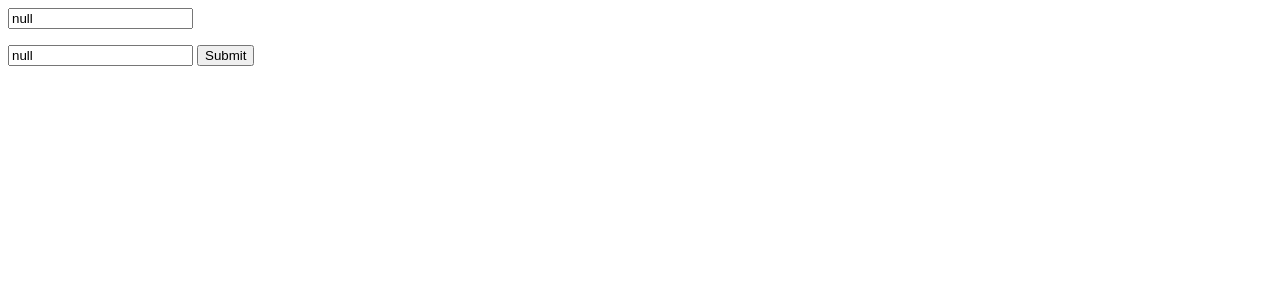
Repository: myoder020/Projects
Page: http://localhost/MVCForm/Controller?action=login
An editor plug-in stored every save of this project. The page is shown before and after the next save, followed by the edit.
The browser window is 1280 px wide. The pictures show the whole page.
The page is served by Tomcat 9.

Above is the page before, as saved 2015-05-06 05:04:33.

After the next save:
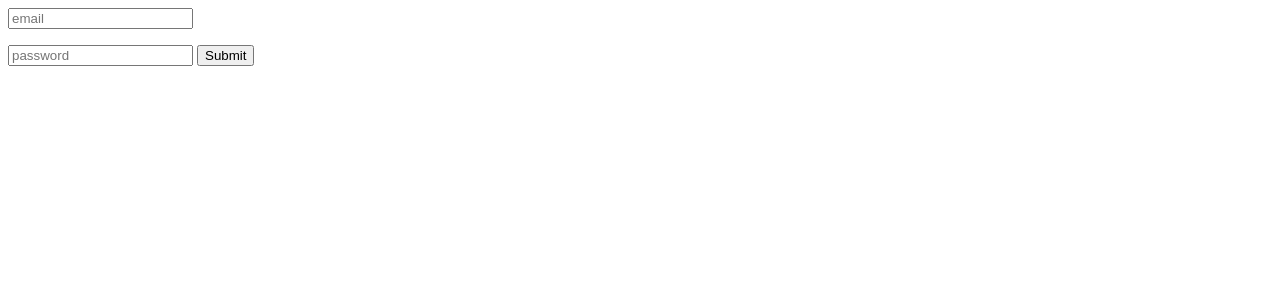
Saved 97 s later.
--- a/Servlets/MVCForm/src/controller/Controller.java
+++ b/Servlets/MVCForm/src/controller/Controller.java
@@ -37,6 +37,11 @@ public class Controller extends HttpServlet {
 			request.getRequestDispatcher("/index.jsp").forward(request,
 					response);
 		} else if (action.equals("login")) {
+
+			request.setAttribute("email", "");
+			request.setAttribute("password", "");
+			request.setAttribute("error", "");
+
 			request.getRequestDispatcher("/login.jsp").forward(request,
 					response);
 		}
@@ -65,6 +70,7 @@ public class Controller extends HttpServlet {
 			if(user.validate()) {
 				request.getRequestDispatcher("/loginsuccess.jsp").forward(request, response);
 			} else {
+				request.setAttribute("error", user.getMessage());
 				request.getRequestDispatcher("/login.jsp").forward(request, response);
 			}
 
